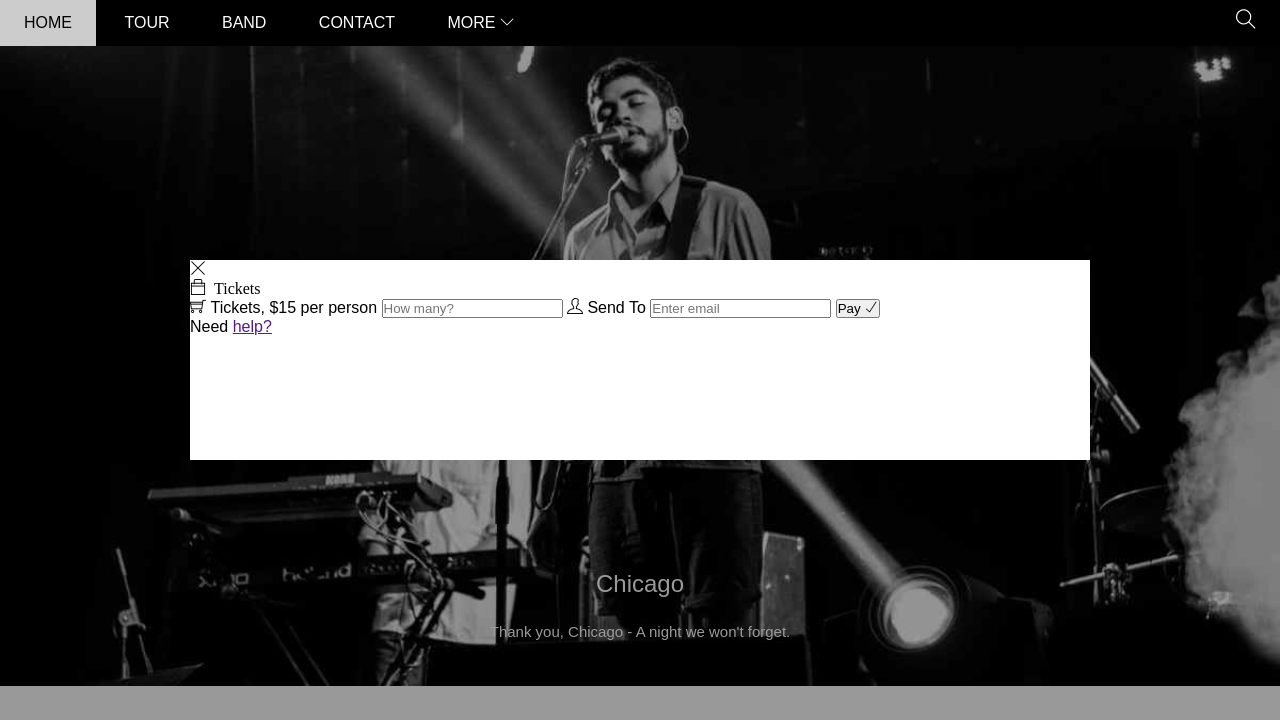
Repository: ducvui2003/LTCB
Page: index.html
The author's editor kept a copy of each file at every save. The page is drawn from the files as they stood at one save, then again after the next save.
The browser window is 1280 px wide. The pictures show the window.
A layer covers the whole window, so only the first screen is drawn.

Above is the page before, as saved 2022-01-10 11:50:16.

### index.html
<!DOCTYPE html>
<html lang="en">

<head>
    <meta charset="UTF-8">
    <meta http-equiv="X-UA-Compatible" content="IE=edge">
    <meta name="viewport" content="width=device-width, initial-scale=1.0">
    <title>The Band W3_School</title>
    <link rel="stylesheet" href="./assest/Css/styles.css">
    <link rel="stylesheet" href="./assest/Fonts/themify-icons-font (1)/themify-icons/themify-icons.css">
</head>

<body>
    <div id="main">
        <!-- Begin: Header -->
        <div id="header">
            <!-- Begin: Nav -->
            <ul id="nav">
                <li>
                    <a href="">Home</a>
                </li>
                <li>
                    <a href="">Tour</a>
                </li>
                <li>
                    <a href="">Band</a>
                </li>
                <li>
                    <a href="">Contact</a>
                </li>
                <li>
                    <a href="">
                        More
                        <!-- icons -->
                        <i class="nav-arrow-down ti-angle-down"></i>
                    </a>
                    <ul class="subnav">
                        <li>
                            <a href="">Merchandise</a>
                        </li>
                        <li>
                            <a href="">Extras</a>
                        </li>
                        <li>
                            <a href="">Media</a>
                        </li>
                    </ul>
                </li>
            </ul>
            <!-- End: Nav -->
            <!-- Begin: Search button -->
            <div class="search-button">
                <i class="search-icon ti-search"></i>
            </div>
            <!-- End: Search button -->
        </div>
        <!-- End: Header -->

        <!-- Begin: Slides -->
        <div id="slides">
            <div class="text-content">
                <h2 class="text-heading">Chicago</h2>
                <div class="text-paragraph">Thank you, Chicago - A night we won't forget.
                </div>
            </div>
        </div>
        <!-- End: Slides -->

        <!-- Begin: Content -->
        <div id="content">

            <!-- About section -->
            <div class="content-section">
                <h1 class="section-heading">The Band</h1>
                <p class="section-sub-heading">We love music

                </p>
                <p class="content-text">We have created a fictional band website. Lorem ipsum dolor sit amet, consectetur adipiscing elit, sed do eiusmod tempor incididunt ut labore et dolore magna aliqua. Ut enim ad minim veniam, quis nostrud exercitation ullamco laboris nisi
                    ut aliquip ex ea commodo consequat. Duis aute irure dolor in reprehenderit in voluptate velit esse cillum dolore eu fugiat nulla pariatur. Excepteur sint occaecat cupidatat non proident, sunt in culpa qui officia deserunt mollit anim
                    id est laborum consectetur adipiscing elit, sed do eiusmod tempor incididunt ut labore et dolore magna aliqua. Ut enim ad minim veniam, quis nostrud exercitation ullamco laboris nisi ut aliquip ex ea commodo consequat.</p>

                <!-- Team section -->
                <div class="member-list">
                    <div class="member-item">
                        <p class="member-name">Name</p>
                        <img src="./assest/Img/Teams/membersAvatar.jpg" alt="Name" class="member-avatar">
                    </div>

                    <div class="member-item">
                        <p class="member-name">Name</p>
                        <img src="./assest/Img/Teams/membersAvatar.jpg" alt="Name" class="member-avatar">
                    </div>

                    <div class="member-item">
                        <p class="member-name">Name</p>
                        <img src="./assest/Img/Teams/membersAvatar.jpg" alt="Name" class="member-avatar">
                    </div>
                    <div class="clear"></div>
                </div>
            </div>

            <!-- Tour section -->
            <div class="tour-section">
                <div class="content-section">
                    <h1 class=" text-white section-heading">TOUR DATES</h1>
                    <p class="text-white section-sub-heading">Remember to book your tickets!</p>

                    <!-- Ticket-list -->
                    <ul class="ticket-list">
                        <li>September<span class="sold-out">Sold out</span></li>
                        <li>October<span class="sold-out">Sold out</span></li>
                        <li>November <span class="quantity">3</span></li>
                    </ul>

                    <!-- Places -->
                    <div class="place-list">
                        <!-- Place 1 -->
                        <div class="place-ticket">
                            <img src="./assest/Img/Places/place1.jpg" alt="New York" class="place-img">
                            <div class="place-body">
                                <h3 class="place-heading">New York</h3>
                                <p class="place-time">Fri 27 Nov 2016</p>
                                <p class="place-desc">Praesent tincidunt sed tellus ut rutrum sed vitae justo.</p>
                                <a href="#" class="buy-ticket">Buy Tickets</a>
                            </div>
                        </div>
                        <!-- Place 2 -->
                        <div class="place-ticket">
                            <img src="./assest/Img/Places/place2.jpg" alt="Paris" class="place-img">
                            <div class="place-body">
                                <h3 class="place-heading">Paris</h3>
                                <p class="place-time">Sat 28 Nov 2016</p>
                                <p class="place-desc">Praesent tincidunt sed tellus ut rutrum sed vitae justo.</p>
                                <a href="#" class="buy-ticket">Buy Tickets</a>
                            </div>
                        </div>
                        <!-- Place 3 -->
                        <div class="place-ticket">
                            <img src="./assest/Img/Places/place3.jpg" alt="San Francisco" class="place-img">
                            <div class="place-body">
                                <h3 class="place-heading">San Francisco</h3>
                                <p class="place-time">Sun 29 Nov 2016</p>
                                <p class="place-desc">Praesent tincidunt sed tellus ut rutrum sed vitae justo.</p>
                                <a href="#" class="buy-ticket">Buy Tickets</a>
                            </div>
                        </div>
                        <div class="clear"></div>
                    </div>
                </div>
            </div>

            <!-- Contact section -->
            <div class="content-section">
                <h1 class="section-heading">CONTACT</h1>
                <p class="section-sub-heading">Fan? Drop a note! </p>

            </div>

            <!-- End: Content -->
            <div id="footer"></div>
        </div>
    </div>

    <!-- Modal -->
    <div class="modal">

        <div class="modal-container">
            <div class="modal-close">
                <ti class="ti-close"></ti>
            </div>

            <!-- Thẻ header dùng y như thẻ div -->
            <header class="heading-modal">
                <i class="ti-bag">
            Tickets
            </i>
            </header>

            <div class="modal-body">
                <label for="" class="modal-label">
                    <i class="ti-shopping-cart"></i>
                    Tickets, $15 per person
                </label>
                <input type="text" class="modal-input" placeholder="How many?">

                <label for="" class="modal-label">
                    <i class="ti-user"></i>
                    Send To
                </label>
                <input type="email" class="modal-input" placeholder="Enter email">
                <button class="bay-ticket">
                    Pay
                    <i class="ti-check">
                    </i>
                </button>
            </div>

            <footer class="modal-footer">
                <p class="modal-help">Need <a href="">help?</a></p>
            </footer>
        </div>
    </div>

</body>

</html>

### assest/Css/styles.css
* {
    padding: 0;
    margin: 0;
    box-sizing: border-box;
}

html {
    font-family: Arial, Helvetica, sans-serif;
}

.clear {
    clear: both;
}


/* Dung cho chu mau trang */

.text-white {
    color: white !important;
}

#main {}

#header {
    position: fixed;
    top: 0;
    right: 0;
    left: 0;
    /* fixed đang nổi lên nó sẽ nhường vị trí cho div slides tiếp theo */
    height: 46px;
    background-color: black;
    z-index: 1;
    /* dùng để thêm vào thẻ fixed nhằm đẩy block lên trên các block khác theo chiều cao, giá trị là 0, 1,... */
}

#nav {
    display: inline-block;
    /* display để thẻ nav chỉ dài đúng nội dung của nó thôi */
}

#nav,
.subnav {
    list-style: none;
}

#nav>li {
    display: inline-block;
}

#nav li {
    position: relative;
}

#nav>li>a {
    color: white;
    text-transform: uppercase;
    /* chinh chu thuong thanh hoa */
}

#nav li a {
    text-decoration: none;
    line-height: 46px;
    padding: 0 24px;
    display: block;
}

#nav li:hover .subnav {
    display: block;
}

#nav>li:hover>a,
#nav .subnav li:hover a {
    background-color: #ccc;
    color: black;
}

#nav li:hover a {
    /* line-height: 46px; */
}

#nav .subnav {
    display: none;
    position: absolute;
    top: 46px;
    background-color: #fff;
    box-shadow: 0 0 10px rgba(0, 0, 0, 0.3);
}

#nav .subnav li a {
    color: black;
    padding: 0 16px;
    line-height: 38px;
    width: 160px;
}

#nav .nav-arrow-down {
    font-size: 14px;
}

#header .search-button {
    float: right;
    /* thẻ search-button là thẻ div, có tính kế thừa chiều ngang, nên khi float vào sẽ vô hiệu hoá tính kế thừa chiều ngang đó */
    line-height: 46px;
    padding: 0 24px;
}

#header .search-button:hover {
    background-color: #f44336;
    cursor: pointer;
    /* Dùng để thay đổi con trỏ chuột khi di vào */
}

#header .search-icon {
    color: white;
    font-size: 20px;
}

#slides {
    /* min-height: 1000px; */
    /* background-color: pink; */
    margin-top: 46px;
    padding-top: 50%;
    /* 50% chieu ngang cua chinh the do */
    background: url('/assest/Img/Slides/ChicagoPicture.jpg') top center / cover no-repeat;
    /* shorthand */
    position: relative;
}

#slides .text-content {
    position: absolute;
    bottom: 46px;
    left: 50%;
    /* Cách lề trái 50% chiều ngang */
    transform: translateX(-50%);
    /* Dùng để lùi thẻ theo trục X 50% chiều dài -> Mục đích kết hợp vs transform để căn giữa block */
    color: white;
    text-align: center;
    /* Dùng để căn giữa content, ko dùng để căn block */
    /* cách 2: Thêm width: 100% */
    /* /* cách 3 left: 0 right: 0; */
}

#slides .text-heading {
    font-weight: 500;
    /* dùng để điều chỉnh lại độ dày của chữ, giá trị từ 100-1000  */
    font-size: 24px;
    margin-bottom: 25px;
}

#slides .text-paragraph {
    font-size: 15px;
}

#content {}

#content .content-section {
    width: 800px;
    padding: 64px 0;
    margin-left: auto;
    margin-right: auto;
}

#content .section-heading {
    font-size: 30px;
    font-weight: 500;
    text-align: center;
    letter-spacing: 4px;
}

#content .section-sub-heading {
    font-size: 15px;
    text-align: center;
    margin-top: 25px;
    font-style: italic;
    opacity: 0.5;
}

#content .content-text {
    font-size: 15px;
    margin-top: 25px;
    text-align: justify;
    /* Can deu van ban */
    line-height: 1.4;
    /* Khoang cach giua 2 hang chu */
}

#content .member-list {
    margin-top: 48px;
    /* overflow: hidden; */
}

#content .member-item {
    float: left;
    width: calc(100% /3);
    text-align: center;
    /* Can hinh voi chu */
}

#content .member-name {
    font-size: 15px;
}

#content .member-avatar {
    margin-top: 15px;
    width: 154px;
    /* Dung the <img> thì chỉ cần đặt 1 chiều */
    border-radius: 4px;
    /* Dùng để tạo bo góc của ảnh */
}


/* Tour-section */

#content .tour-section {
    background-color: black;
}


/* Ticket-list */

.ticket-list {
    background-color: white;
    margin-top: 40px;
}

.ticket-list li {
    font-size: 15px;
    padding: 11px 16px;
    border-bottom: 1px solid #ddd;
    color: #757575;
    list-style: none;
}

.ticket-list .sold-out {
    color: white;
    background-color: #f44336;
    margin-left: 16px;
    padding: 3px 4px;
}

.ticket-list .quantity {
    float: right;
    width: 24px;
    height: 24px;
    border-radius: 50%;
    /* Tao bop goc deu de co hinh tron */
    text-align: center;
    line-height: 24px;
    background-color: black;
    color: white;
    margin: -2px;
    /* Có thẻ float nên có thuộc tính block -> xét đc width, height, dùng đc margin (-) */
}


/* Plac-list */

.place-list {
    margin: 32px -8px 0px -8px;
    padding-bottom: 48px;
}

.place-ticket {
    float: left;
    width: calc(100% / 3);
    padding: 0 8px;
}

.place-img {
    width: 100%;
    display: block;
}

.place-img:hover {
    opacity: 0.6;
}

.place-body {
    background-color: white;
    padding: 16px;
    font-size: 15px;
    /* font-size có tính kế thừa */
}

.place-heading {
    font-size: 15px;
    font-weight: 600;
}

.place-time {
    margin-top: 15px;
    color: #757575;
}

.place-desc {
    margin-top: 15px;
    line-height: 1.4;
}

.buy-ticket {
    color: white;
    background-color: black;
    text-decoration: none;
    display: inline-block;
    padding: 11px 16px;
    margin-top: 15px;
}

.buy-ticket:hover {
    color: black;
    background-color: #ccc;
}

#footer {}

.modal {
    /* Create Overlay */
    position: fixed;
    left: 0;
    right: 0;
    top: 0;
    bottom: 0;
    background-color: rgba(0, 0, 0, 0.4);
    /* Flex-box */
    display: flex;
    /* Căn items theo chiều cao */
    align-items: center;
    /* Căn items theo chiều ngang */
    justify-content: center;
}

.modal-container {
    background-color: #fff;
    width: 900px;
    min-height: 200px;
}

Loaded but not shown: assest/Fonts/themify-icons-font (1)/themify-icons/themify-icons.css (common file)

After the next save:
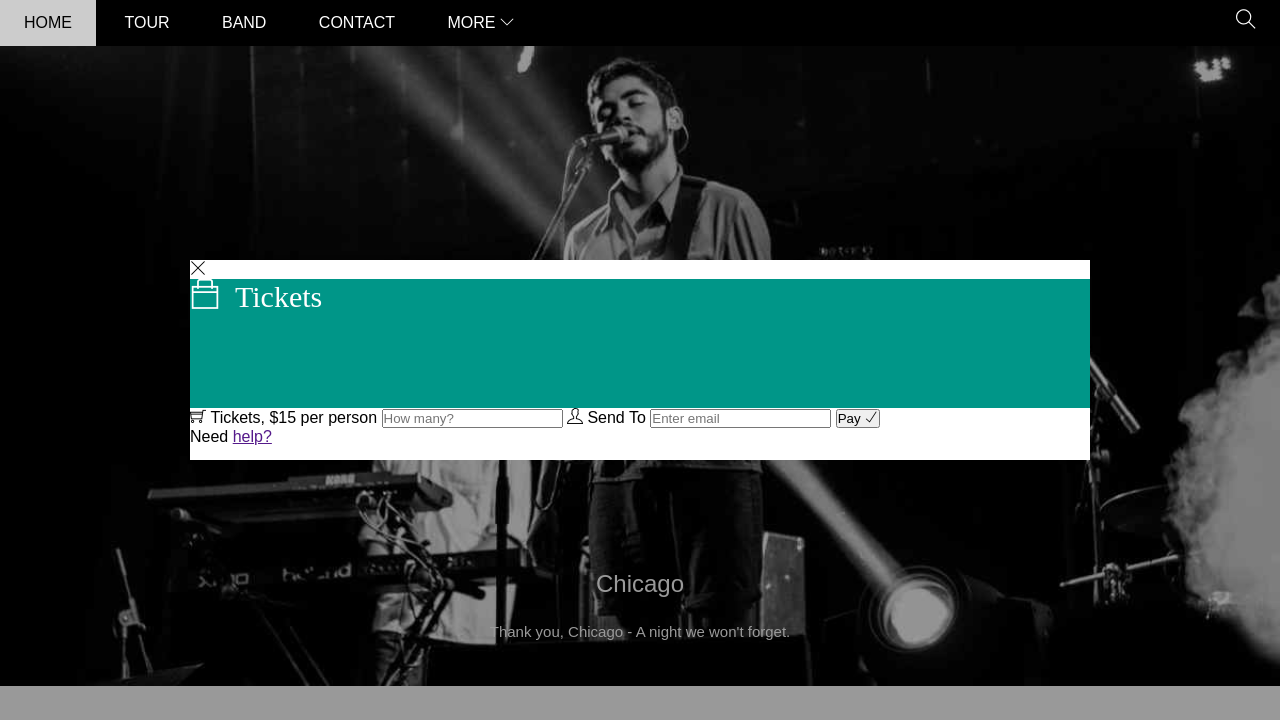
Saved 3 min 36 s later.
--- a/assest/Css/styles.css
+++ b/assest/Css/styles.css
@@ -334,3 +334,11 @@
     width: 900px;
     min-height: 200px;
 }
+
+.heading-modal {
+    width: 900px;
+    height: 129px;
+    background-color: #009688;
+    font-size: 30px;
+    color: white;
+}
